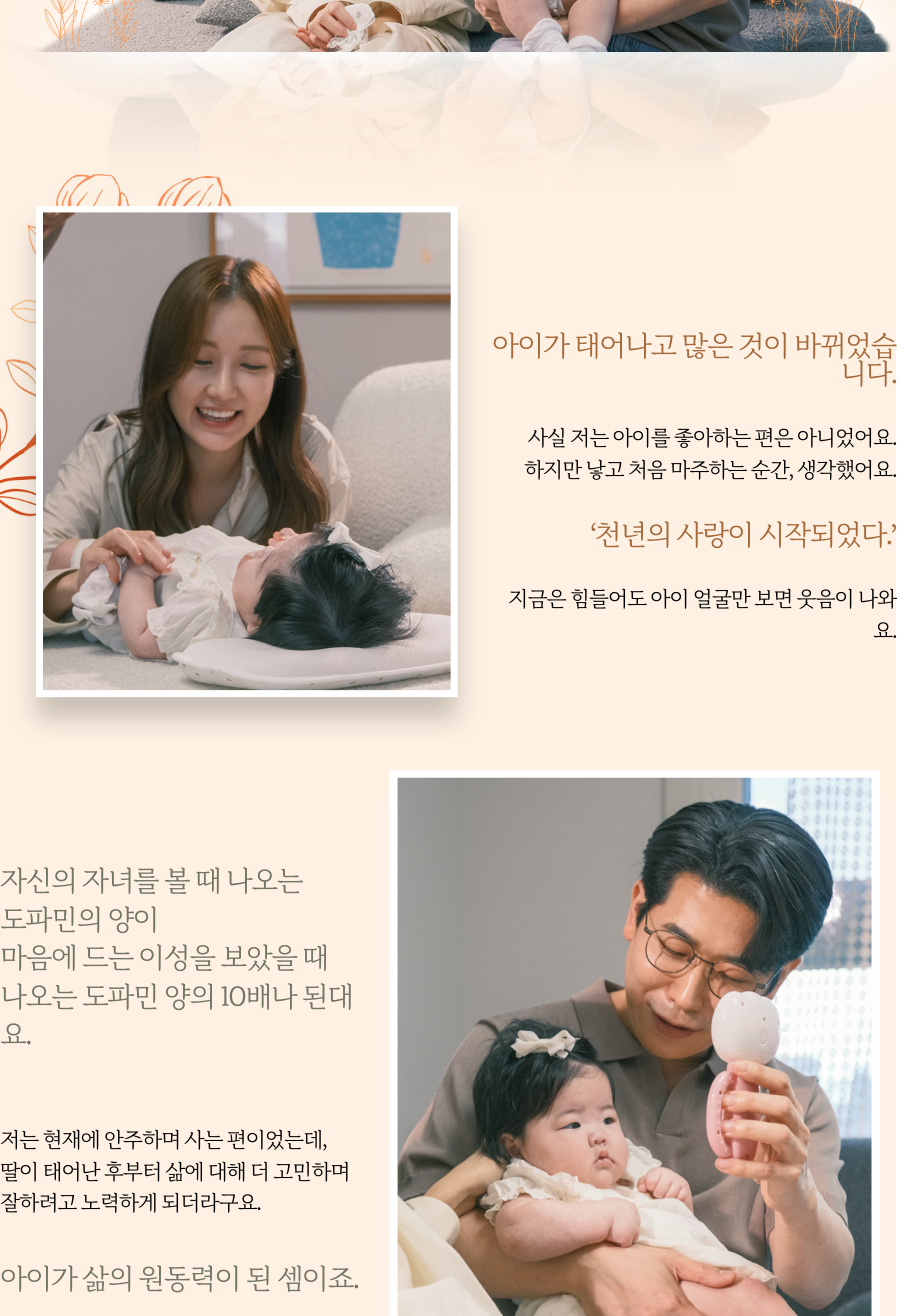
Repository: dlgywls1130/saveTheChildren
Page: index.html
The author's editor kept a copy of each file at every save. The page is drawn from the files as they stood at one save, then again after the next save.
The browser window is 1280 px wide. The page is 1293 px wide, so the pictures cover 1293 px, including what lies to the right of the window. The pictures show the part of the page from y = 2868 to 4748 px (the page is 10686 px tall before and 10663 px after), at 70% of full size.
Some web fonts or font styles are not loaded; a fallback is used. The style sheet was rebuilt from its Sass, Less or Tailwind sources for each picture, by a compiler version that may differ from the author's.

Above is the page before, as saved 2024-11-01 22:41:36.

After the next save:
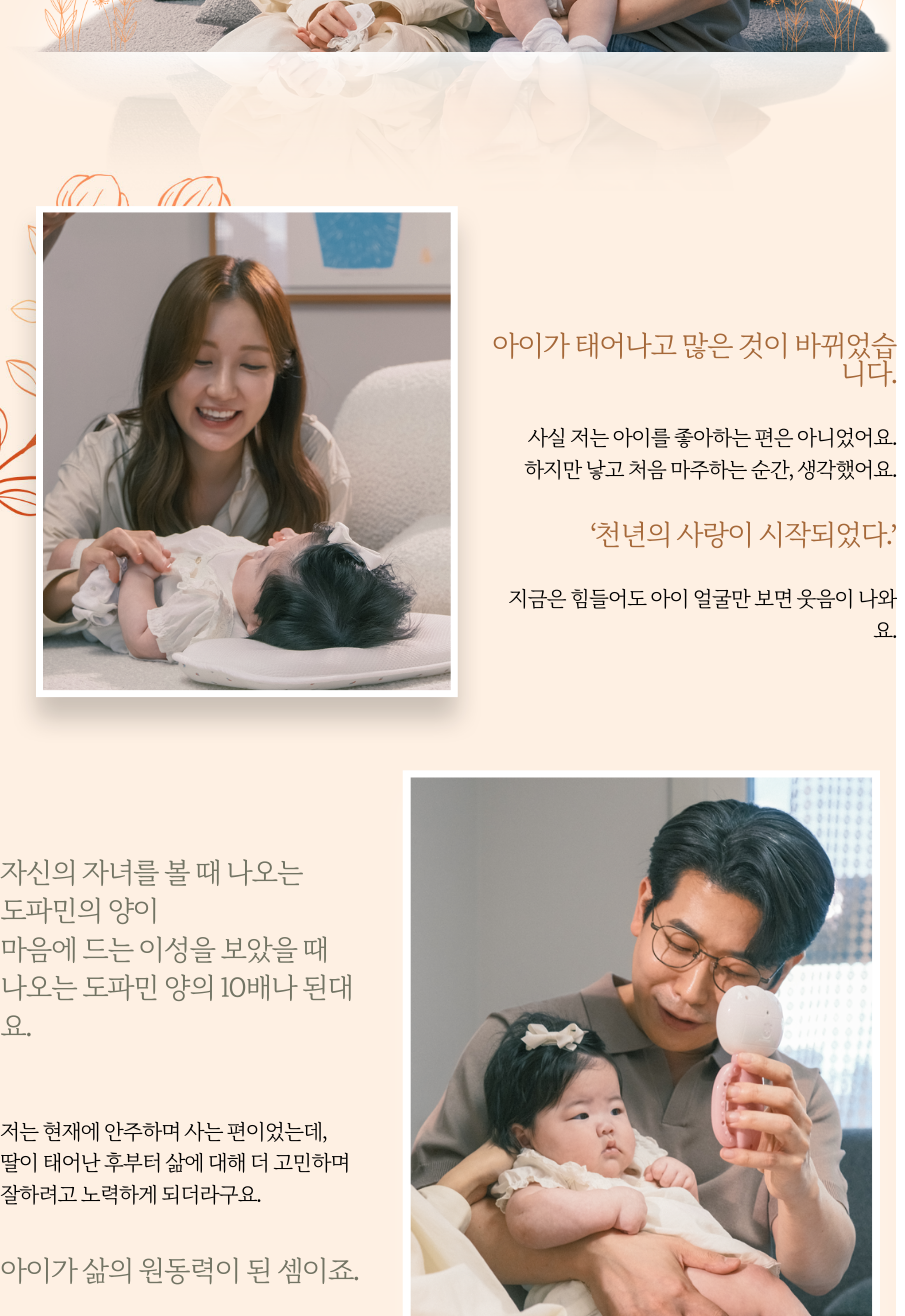
Saved 11 s later.
--- a/css/common.scss
+++ b/css/common.scss
@@ -516,7 +516,7 @@ $sides: (
                 justify-content: space-between;
 
                 .story_image{
-                    width: 800px;
+                    width: 750px;
                     height: auto;
                     img{
                         width: 100%;
